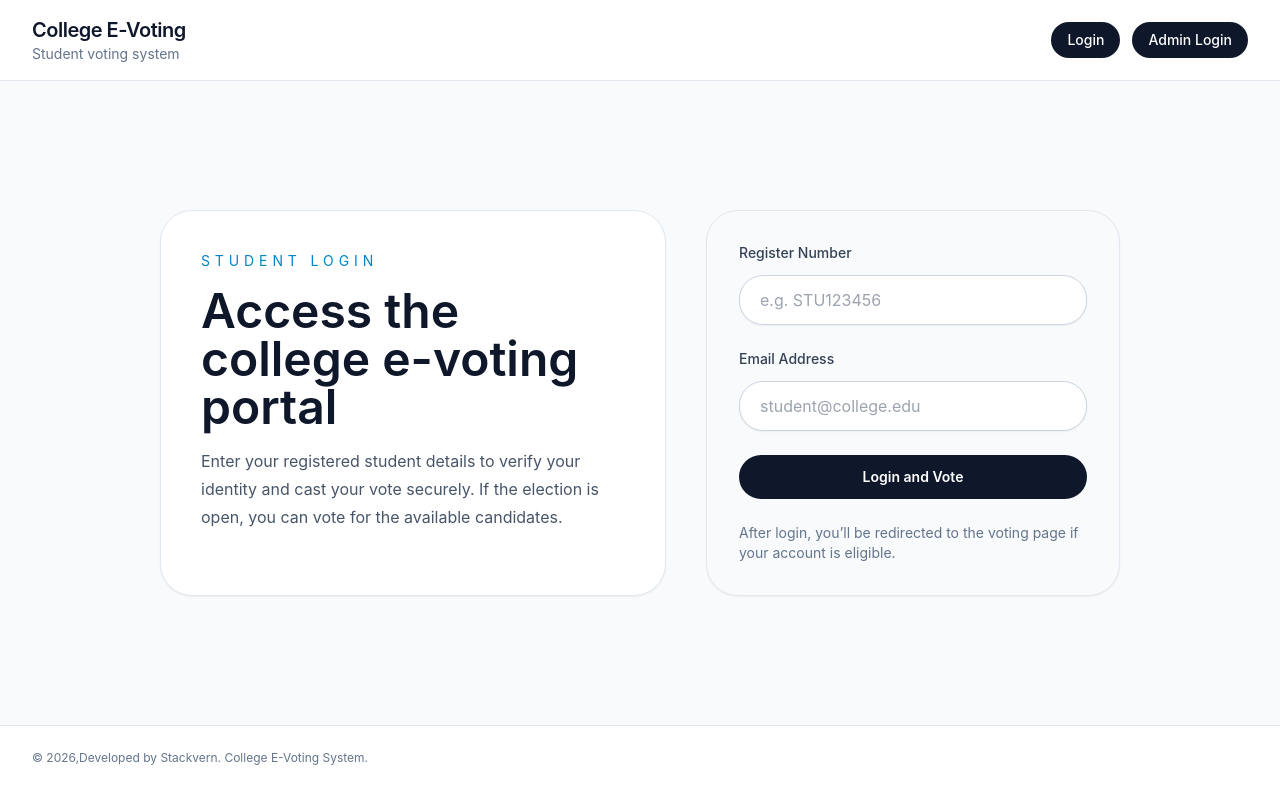
Repository: stackvern/college-evoting
Page: / (app in client/)
These files come from the project's save history. The page is drawn as it stood at one moment and after a run of saves; the edit follows.
The browser window is 1280 px wide. The pictures show the whole page.
The project was rebuilt for these pictures with package versions that can differ from the ones it lists, and the page was loaded fresh each time. Also part of the build but not shown: client/vite.config.js, client/src/components/ProtectedRoute.jsx, client/src/components/AdminProtectedRoute.jsx, client/src/pages/VotePage.jsx, client/src/pages/ResultPage.jsx, client/src/pages/AdminLoginPage.jsx, client/src/pages/AdminDashboard.jsx.

Above is the page before, as saved 2026-07-19 18:25:12.

After the next 2 saves:
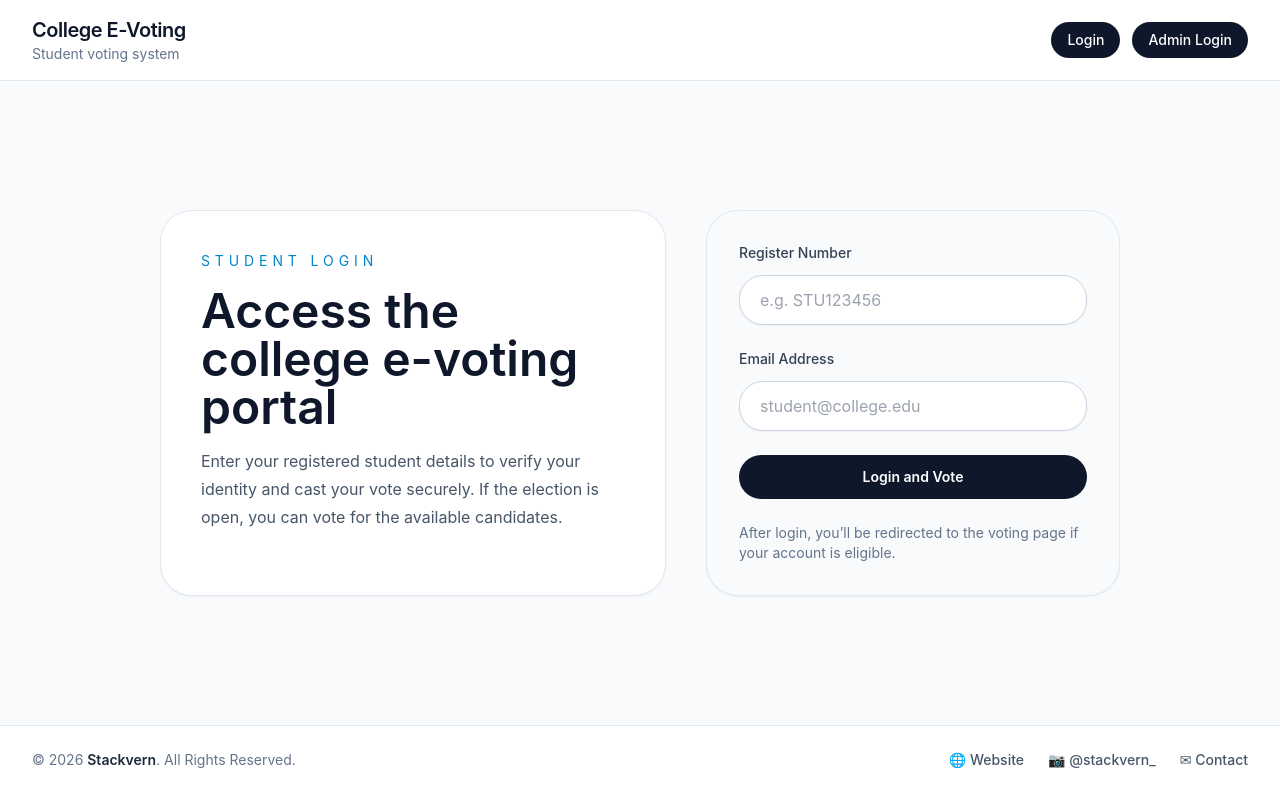
The 2 saves are shown as one change because they came seconds apart.
The last was saved 5 min 1 s later.
--- a/client/src/components/Layout.jsx
+++ b/client/src/components/Layout.jsx
@@ -67,10 +67,43 @@ const Layout = () => {
         <Outlet />
       </main>
       <footer className="border-t border-slate-200 bg-white py-6">
-        <div className="mx-auto max-w-7xl px-4 text-xs text-slate-500 sm:px-6 lg:px-8">
-          © {new Date().getFullYear()},Developed by Stackvern. College E-Voting System.
-        </div>
-      </footer>
+  <div className="mx-auto flex max-w-7xl flex-col items-center justify-between gap-3 px-4 text-sm text-slate-500 sm:flex-row sm:px-6 lg:px-8">
+
+    <p>
+      © {new Date().getFullYear()} <span className="font-semibold text-slate-800">Stackvern</span>. All Rights Reserved.
+    </p>
+
+    <div className="flex items-center gap-6">
+
+      <a
+        href="https://stackvern.github.io/website"
+        target="_blank"
+        rel="noopener noreferrer"
+        className="font-medium text-slate-600 transition hover:text-blue-600"
+      >
+        🌐 Website
+      </a>
+
+      <a
+        href="https://www.instagram.com/stackvern_"
+        target="_blank"
+        rel="noopener noreferrer"
+        className="font-medium text-slate-600 transition hover:text-pink-600"
+      >
+        📷 @stackvern_
+      </a>
+
+      <a
+        href="mailto:stackverntech@gmail.com"
+        className="font-medium text-slate-600 transition hover:text-emerald-600"
+      >
+        ✉ Contact
+      </a>
+
+    </div>
+
+  </div>
+</footer>
     </div>
   );
 };
